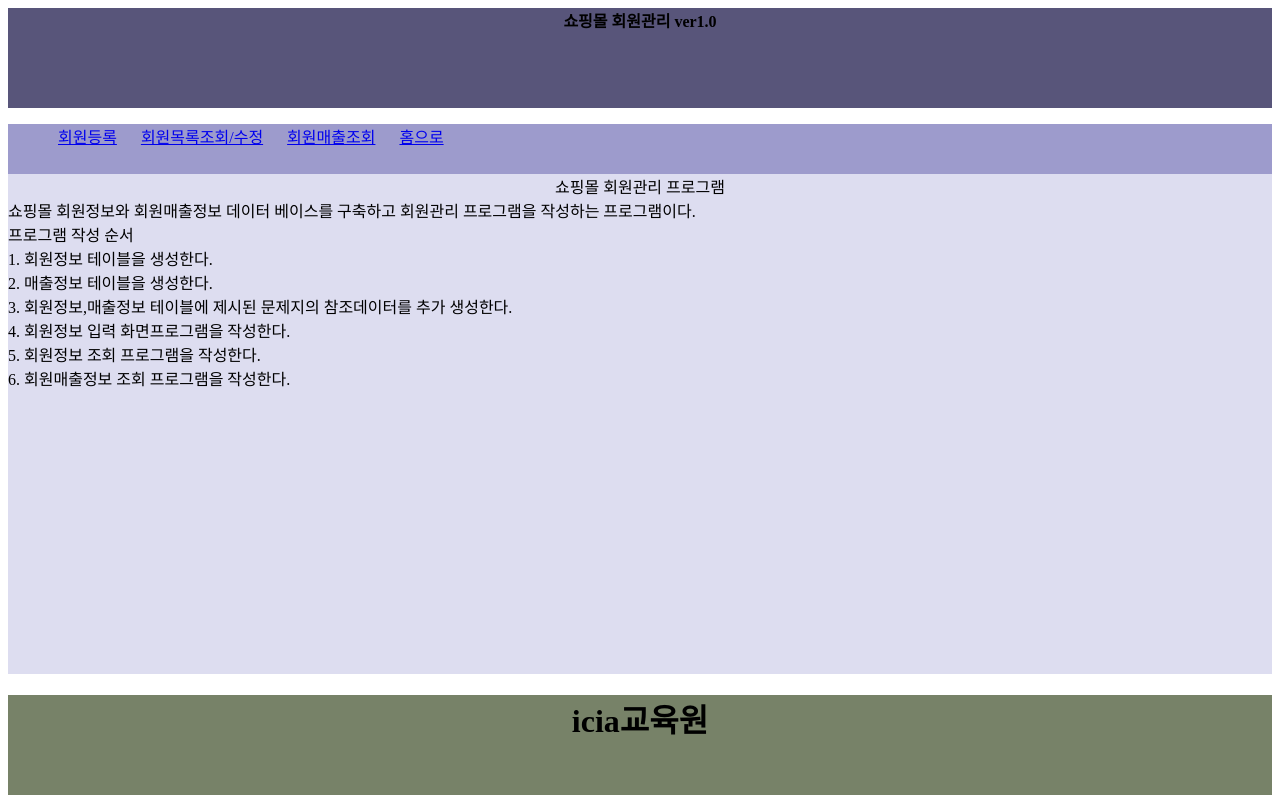
Repository: Kim-seongjun/javastudy2
Page: http://localhost/back_end_test/
The author's editor kept a copy of each file at every save. The page is drawn from the files as they stood at one save, then again after the next save.
The browser window is 1280 px wide. The pictures show the whole page.
The page is served by Tomcat 9.

Above is the page before, as saved 2020-01-22 05:55:37.

After the next save:
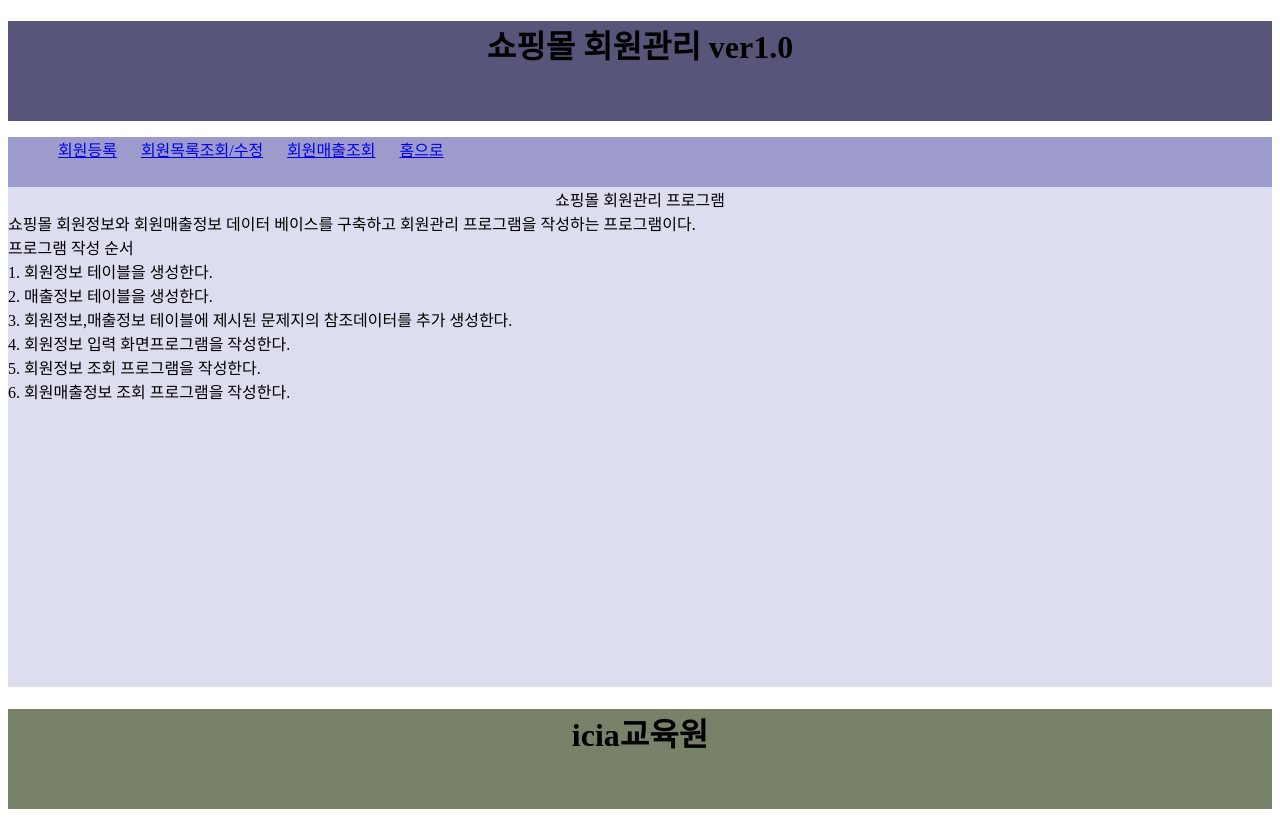
Saved 17 s later.
--- a/back_end_test/WebContent/header.jsp
+++ b/back_end_test/WebContent/header.jsp
@@ -8,6 +8,7 @@
 <style>
 </style>
 </head>
-<body><b>쇼핑몰 회원관리 ver1.0</b>
+<body>
+<h1>쇼핑몰 회원관리 ver1.0</h1>
 </body>
 </html>
